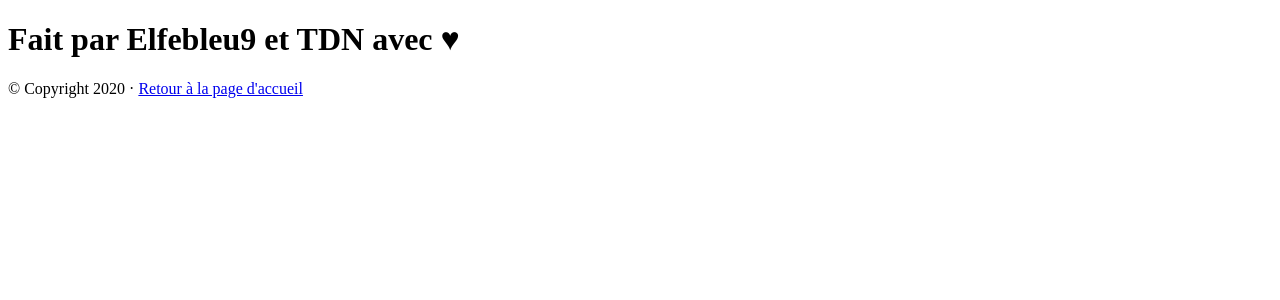
Repository: Elfebleu9/hello_city
Page: templates/pages/about.html.twig
The author's editor kept a copy of each file at every save. The page is drawn from the files as they stood at one save, then again after the next save.
The browser window is 1280 px wide. The pictures show the whole page.
The page is a Twig template of a Symfony application; nobody is signed in and links lead nowhere. The template is opened directly, without the code that normally fills it, so the values that code supplies are empty.

Above is the page before, as saved 2020-07-11 18:20:12.

After the next save:
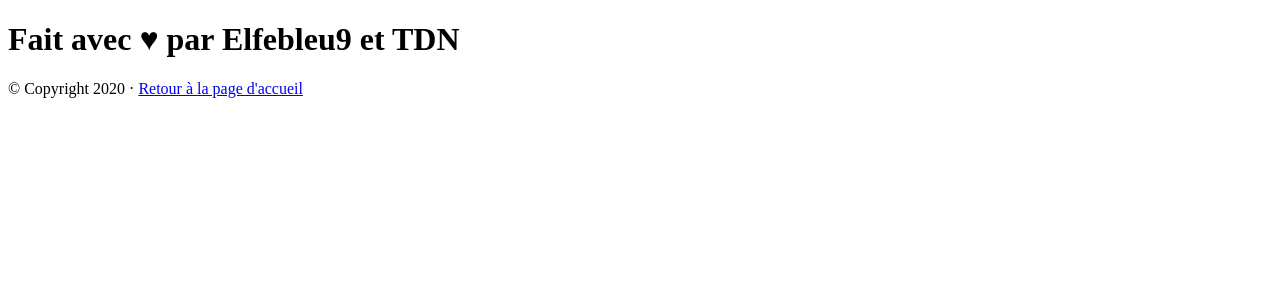
Saved 36 s later.
--- a/templates/pages/about.html.twig
+++ b/templates/pages/about.html.twig
@@ -1,7 +1,7 @@
 {% extends 'base.html.twig' %}
  {% block title 'About Us | '~ parent() %}
  {% block body %}
-    <h1>Fait par Elfebleu9 et TDN avec &hearts;</h1>
+    <h1>Fait avec &hearts; par Elfebleu9 et TDN </h1>
     <footer>
         <p>
             &copy; Copyright {{'now'|date('Y')}}
